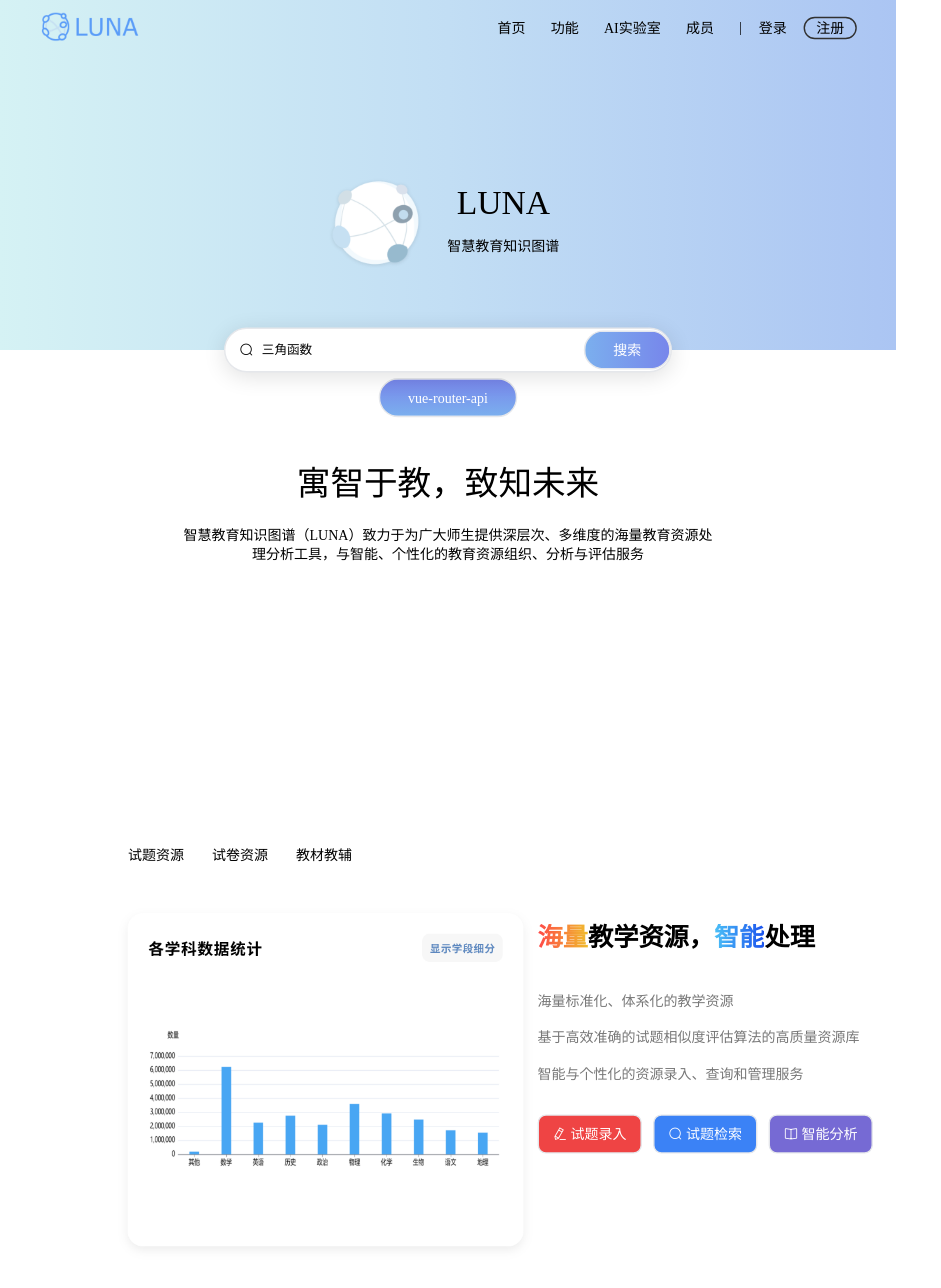
Repository: xydzy1/vue-start
Page: /
An editor plug-in stored every save of this project. The page is shown before and after the next save, followed by the edit.
The browser window is 1280 px wide. The page is 1344 px wide, so the pictures cover 1344 px, including what lies to the right of the window. The pictures show the part of the page from y = 0 to 1840 px (the page is 4260 px tall), at 70% of full size.
The project was rebuilt for these pictures with package versions that can differ from the ones it lists, and the page was loaded fresh each time. Also part of the build but not shown: vite.config.js, vue.config.cjs, src/assets/part1.css.

Above is the page before, as saved 2023-08-11 17:19:42.

After the next save:
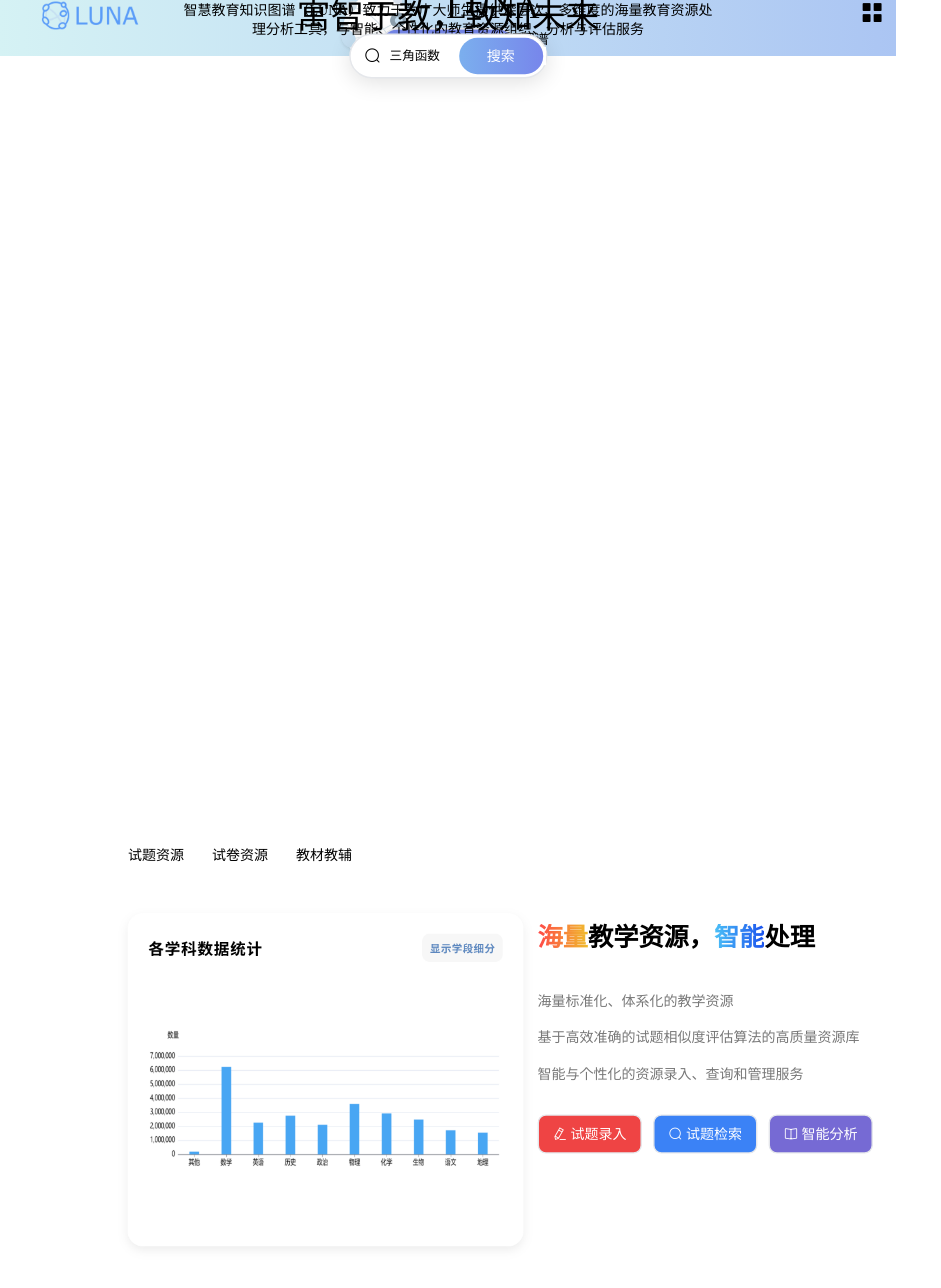
Saved 18 min 32 s later.
--- a/src/components/all_part/part1.vue
+++ b/src/components/all_part/part1.vue
@@ -1,45 +1,47 @@
 <template>
     <div>
-        <div class="container absolute flex items-center justify-center max-w-full h-125 bg-gradient-to-r from-p1_c3 from-0% via-p1_c2 via-45% to-p1_c1 to-100% bg-opacity-100">
-			<div class="fixed flex flex-row top-0 w-full z-50 transition duration-300" id="nav">
-				<span class="flex-none py-4 pl-14">
+        <div class="w-full max-w-1280 px-10 py-10 minw:px-5 minw:py-5 absolute flex items-center justify-center h-p1_1_nh minw:h-p1_1_wh bg-gradient-to-r from-p1_c3 from-0% via-p1_c2 via-45% to-p1_c1 to-100% bg-opacity-100">
+			<div class="fixed flex flex-row top-0 w-full z-50 transition duration-300 py-nav_py" id="nav">
+				<span class="flex-none pl-14">
 					<img src="../../image/logo.png" class="w-36 h-11" >
 				</span>
 				<span class="flex-1"></span>
-				<span class="hidden flex-none md:flex flex-row flex-nowrap max-w-1280 my-6 mx-14 text-xl font-medium">
+				<span class="hidden flex-none minw:flex flex-row flex-nowrap max-w-1280 mx-14 text-xl font-medium">
 					<button class="pr-3 hover:text-blue-400">首页</button>
 					<button class="pr-3 ml-6 hover:text-blue-400">功能</button>
 					<button v-for="item in ['AI实验室','成员']" class="ml-6 pr-3 hover:text-blue-400">{{ item }}</button>
-					<span class="ml-6">|</span>
+					<span class="ml-6 mt-2">|</span>
 					<button class="ml-6 hover:text-blue-400 ">登录</button>
-					<button class="border-login_cborder border-2 rounded-full pl-4 pr-4 ml-6 hover:text-blue-400 ">注册</button>
+					<button class="border-login_cborder border-2 rounded-full pl-4 pr-4 ml-6 py-2 hover:text-blue-400 ">注册</button>
 				</span>
-				<span class="flex-1 md:hidden">
-					<button class="hover:text-blue-400 text-4xl mt-4 absolute right-4"><i class="el-icon-menu"></i></button>
+				<span class="flex-1 minw:hidden">
+					<button class="hover:text-blue-400 text-4xl absolute right-4"><i class="el-icon-menu"></i></button>
 				</span>
 			</div>
-			<div class="absolute flex flex-row max-w-1280 mt-15 mb-40">
-				<span class="flex-none pt-60">
-					<img src="../../image/logo2.png">
+			<div class="absolute flex flex-row max-w-1280 bottom-logo_bottom">
+				<span class="flex-none">
+					<img src="../../image/logo2.png" class="w-32 h-32">
 				</span>
-				<span class="pt-66 mb-2.5 mr-3 ml-3">
+				<span class="mx-3 py-2.5">
 					<h1 class="text-5xl font-medium px-5">LUNA</h1>
-					<h2 class="text-xl font-normal text-center pt-6 max-w-760">智慧教育知识图谱</h2>
+					<h2 class="text-xl font-normal text-center max-w-760 mt-2">智慧教育知识图谱</h2>
 				</span>
 			</div>
-			<div class="absolute flex flex-row shadow-p1_shadow max-w-1280 border-2 rounded-full w-auto md:w-160 h-16 mx-15 md:mx-0 bg-white items-center bottom-0 -bottom-8 z-40">
-				<i class="el-icon-search text-xl ml-5 pr-3"></i>
-				<input type="text" class="flex-none text-left text-4.5 font-medium w-110 flex-none outline-none" placeholder="在此输入知识点名称" v-model="serchinfo">
-				<div class="absolute right-0">
-				<button @click='hello' class="transition duration-300 transform hover:scale-95 text-center border-2 rounded-full pl-10 pr-10 pt-3 pb-3 text-white text-xl font-normal bg-gradient-to-r from-p1_cbutton1 to-p1_cbutton2">
+			<div class="absolute flex flex-row shadow-p1_shadow max-w-1280 border-2 rounded-full w-auto minw:w-160 h-16 mx-15 minw:mx-0 bg-white items-center bottom-0 -bottom-8 z-40">
+				<i class="el-icon-search text-2xl ml-5 mr-3 my-4.5"></i>
+				<div class="w-search_frame_narrow minw:w-search_frame_wide">
+					<input type="text" class="my-search_frame_my flex-none text-left text-4.5 font-medium w-search_frame_narrow minw:w-search_frame_wide flex-none outline-none z-1" placeholder="在此输入知识点名称" v-model="serchinfo">
+				</div>
+				<div class="absolute right-0 shadow-p1_shadow2 border-1 rounded-full px-0 py-0 mr-1">
+					<button @click='hello' class="shadow-p1_shadow2 transition duration-300 text-center border-1 rounded-full px-10 py-3 z-2 text-white text-xl font-normal bg-gradient-to-r from-p1_cbutton1 to-p1_cbutton2">
 					搜索
 				</button>
 				</div>
 			</div>
 		</div>
-        <div class="container absolute mx-auto flex items-center justify-center max-w-full h-125 mt-125">
-			    <div class="absolute top-10 border-2 rounded-full pl-10 pr-10 pt-3 pb-3 bg-gradient-to-t from-p1_cbutton1 to-p1_cbutton2 text-white text-xl font-normal">
-				    <button @click="hello">
+        <div class="w-full max-w-1280 absolute flex items-center justify-center h-p1_2_nh minw:h-p1_2_wh mt-p1_1_nh minw:mt-p1_1_wh">
+			    <div class="absolute top-10">
+				    <button @click="hello" class="transition duration-300 border-2 rounded-full pl-10 pr-10 pt-3 pb-3 bg-gradient-to-t from-p1_cbutton1 to-p1_cbutton2 text-white text-xl font-normal">
 					    vue-router-api
 				    </button>
 			    </div>
@@ -52,6 +54,16 @@
 		</div>
     </div>
 </template>
+
+
+<style scoped>
+	button:active{
+		transform: scale(.95);
+	}
+	button:hover{
+		filter: brightness(.9);
+	}
+</style>
 
 <script>
     export default{
